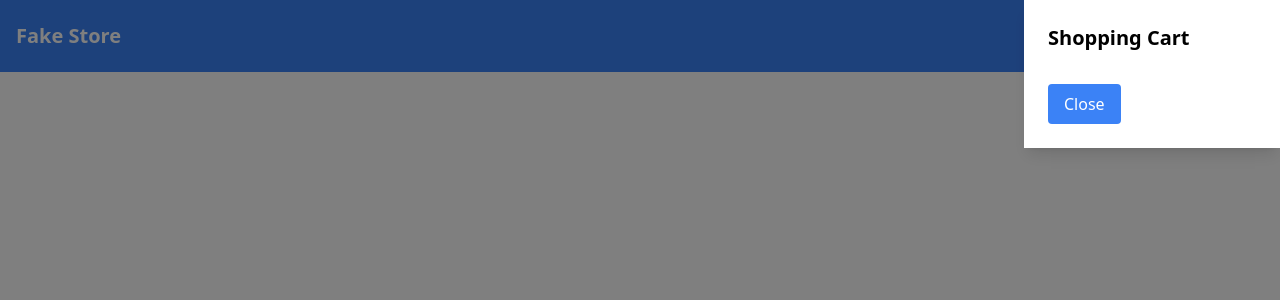
Repository: Meenakshi-commits/cart_app
Page: /, after clicking the first element matching `button.bg-white`
An editor plug-in stored every save of this project. The page is shown before and after the next save, followed by the edit.
The browser window is 1280 px wide. The pictures show the whole page.
The page's requests for data from a server got no answer. The project was rebuilt for these pictures with package versions that can differ from the ones it lists, and the page was loaded fresh each time. No one was signed in, and anything a server would have sent is missing. Also part of the build but not shown: vite.config.js, src/components/ProductCard.jsx.

Above is the page before, as saved 2025-01-07 18:06:35.

After the next save:
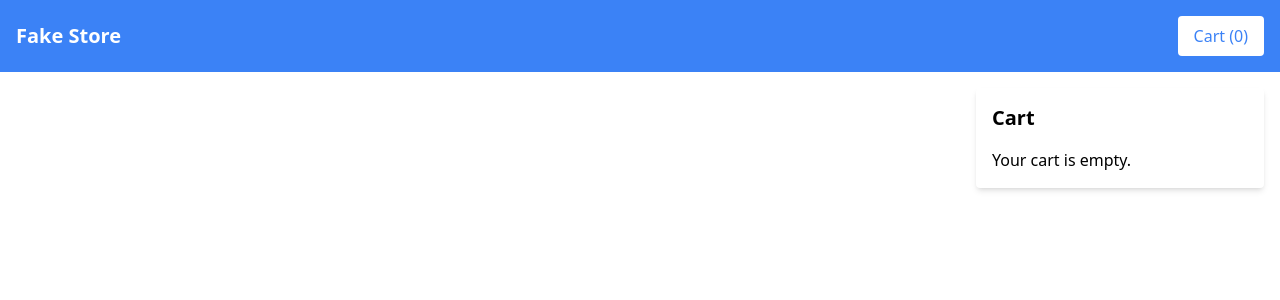
Saved 16 s later.
--- a/src/components/CartModal.jsx
+++ b/src/components/CartModal.jsx
@@ -1,37 +1,29 @@
 import React from 'react';
 
-const CartModal = ({ cart, removeFromCart, toggleCartModal }) => {
+const CartModal = ({ cart, removeFromCart }) => {
   return (
-    <div className="fixed inset-0 bg-black bg-opacity-50 flex justify-end items-start">
-      <div className="w-1/5 p-6 bg-white shadow-lg">
-        <h2 className="mb-4 text-xl font-bold">Shopping Cart</h2>
-        <div className="space-y-4">
-          {cart.map((item, index) => {
-            return (
-              <div key={index} className="flex items-center justify-between">
-                <div>
-                  <p className="font-medium">{item.name}</p>
-                  <p className="text-gray-600">Rs.{item.price}</p>
-                </div>
-                <button
-                  onClick={() => {
-                    removeFromCart(item, index);
-                  }}
-                  className="text-red-500 hover:text-red-700"
-                >
-                  Remove
-                </button>
+    <div className="bg-white p-4 rounded shadow-md">
+      <h2 className="text-xl font-bold mb-4">Cart</h2>
+      {cart.length === 0 ? (
+        <p>Your cart is empty.</p>
+      ) : (
+        <ul>
+          {cart.map((item) => (
+            <li key={item.id} className="flex justify-between items-center mb-4">
+              <div>
+                <h3 className="font-bold">{item.title}</h3>
+                <p>${item.price}</p>
               </div>
-            );
-          })}
-        </div>
-        <button
-          onClick={toggleCartModal}
-          className="mt-4 bg-blue-500 text-white px-4 py-2 rounded hover:bg-blue-600"
-        >
-          Close
-        </button>
-      </div>
+              <button
+                onClick={() => removeFromCart(item.id)}
+                className="bg-red-500 text-white px-4 py-2 rounded hover:bg-red-600"
+              >
+                Remove
+              </button>
+            </li>
+          ))}
+        </ul>
+      )}
     </div>
   );
 };
